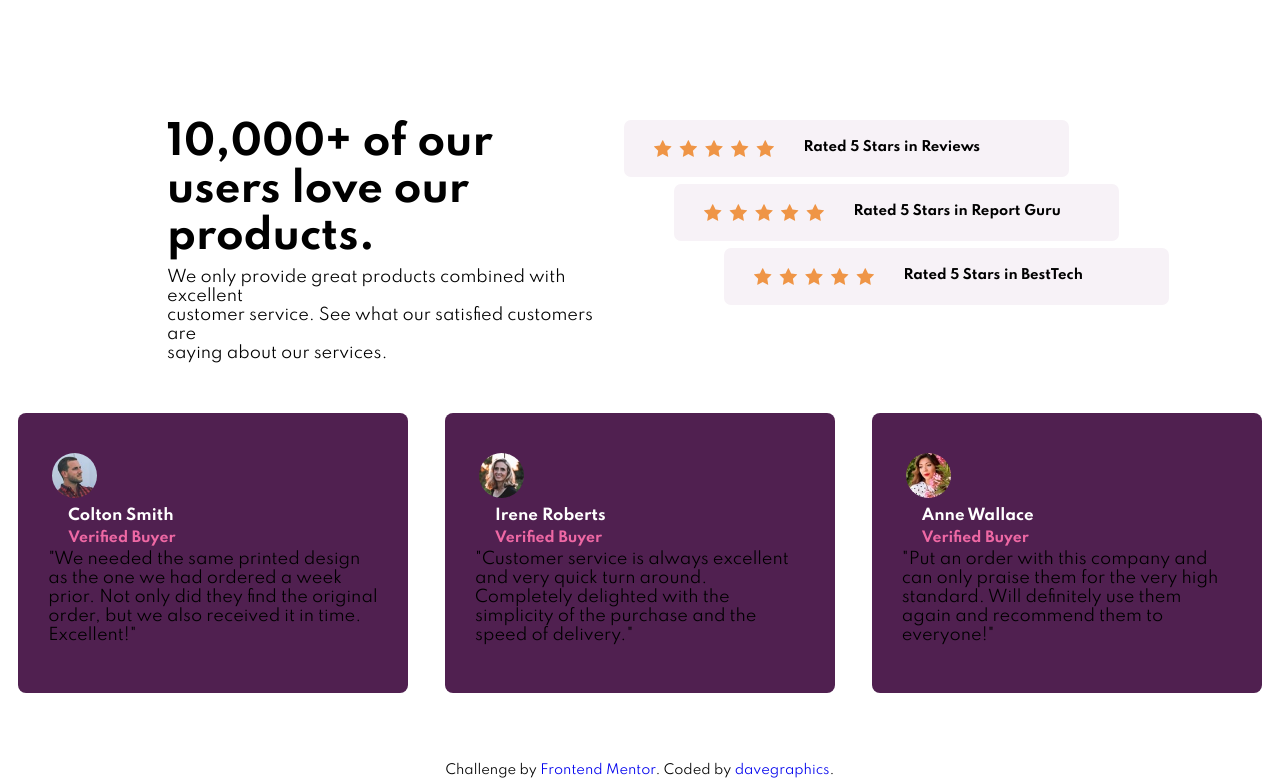
Repository: DejV44/social-proof-section-master
Page: index.html
The author's editor kept a copy of each file at every save. The page is drawn from the files as they stood at one save, then again after the next save.
The browser window is 1280 px wide. The pictures show the whole page.
The style sheet was rebuilt from its Sass, Less or Tailwind sources for each picture, by a compiler version that may differ from the author's.

Above is the page before, as saved 2021-06-25 21:12:23.

### index.html
<!DOCTYPE html>

<html lang="en">
<head>
    <meta charset="UTF-8">
    <meta http-equiv="X-UA-Compatible" content="IE=edge">
    <meta name="viewport" content="width=device-width, initial-scale=1.0">
    <link rel="stylesheet" href="../css/main.css">
    <title>social-proof-section-master</title>
</head>
<body>
    <section class="main">
        <div class="titles">
            <h1 class="title">10,000+ of our <br>users love our <br>products.</h1>
            <p class="item-1">We only provide great products combined with excellent <br>customer service. See what our satisfied customers are <br>saying about our services.</p>
        </div>
        <div class="container">
            <ul>
                <li class="item1">
                    <img src="../img/stars.svg" alt="stars">
                    <h5>Rated 5 Stars in Reviews</h5>
                </li>
            </ul>

            <ul>
                <li class="item2">
                    <img src="../img/stars.svg" alt="stars">
                    <h5>Rated 5 Stars in Report Guru</h5>
                </li>
            </ul>

            <ul>
                <li class="item3">
                    <img src="../img/stars.svg" alt="stars">
                    <h5>Rated 5 Stars in BestTech</h5>
                </li>
            </ul>
        </div>
    </section>

    <section class="citate">
        <ul>
            <li>
                <div class="identy1">
                    <img src="../img/image-colton.jpg" alt="stars">
                    <div>
                        <h3>Colton Smith</h3>
                        <h4>Verified Buyer</h4>
                    </div>
                </div>
                <blockquote>"We needed the same printed design as the one we had ordered a week prior. Not only did they find the original order, but we also received it in time. Excellent!"</blockquote>
            </li>
        </ul>

        <ul>
            <li>
                <div class="identy2">
                    <img src="../img/image-irene.jpg" alt="stars">
                    <div>
                        <h3>Irene Roberts</h3>
                        <h4>Verified Buyer</h4>
                    </div>
                </div>
                <blockquote>"Customer service is always excellent and very quick turn around. Completely delighted with the simplicity of the purchase and the speed of delivery."</blockquote>
            </li>
        </ul>

        <ul>
            <li>
                <div class="identy3">
                    <img src="../img/image-anne.jpg" alt="stars">
                    <div>
                        <h3>Anne Wallace</h3>
                        <h4>Verified Buyer</h4>
                    </div>
                </div>
                <blockquote>"Put an order with this company and can only praise them for the very high standard. Will definitely use them again and recommend them to everyone!"</blockquote>
            </li>
        </ul>
    </section>
    <div class="attribution">
        Challenge by
        <a href="https://www.frontendmentor.io?ref=challenge" target="_blank"
          >Frontend Mentor</a
        >. Coded by <a href="#">davegraphics</a>.
      </div>

</body>
</html>

### css/main.scss
@import url('https://fonts.googleapis.com/css2?family=Spartan:wght@400;500;700&display=swap');

*{
    margin: 0;
    padding: 0;
    -webkit-font-smoothing: antialiased;
    /*outline: 3px solid rgb(197, 197, 197);*/
}

:root {
    --primary-color: hsl(300, 43%, 22%);
    --soft-pink: hsl(333, 80%, 67%);
    --neutral-color: hsl(303, 10%, 53%);
    --light-color: hsl(300, 24%, 96%);
    --white: hsl(0, 0%, 100%);
}

body {
    margin: 0;
    padding: 0;
    //background: var(--white);
    font-family: 'Spartan', sans-serif;

    .main {
        margin: 120px auto 0 167px;
        max-width: 1440px;
        max-height: 400px;
        display: grid;
        grid-template-columns: 1fr 1fr;

        .titles {
            margin-right: 20%;

            .title {
                font-size: 40px;
                padding-bottom: 7px;
            }
        }

        .container {


            ul {

                li {
                    display: grid;
                    grid-template-columns: 180px 260px;
                    list-style: none;
                    text-align: left;
                    border-radius: 7px;
                    background: var(--light-color);
                    max-width: 445px;

                }
                 .item1 {
                     margin-left: -100px;
                     margin-bottom: 7px;
                 }

                 .item2 {
                     margin-left: -50px;
                     margin-bottom: 7px;
                 }

                img {
                    width: 120px;
                    height: 17px;
                    grid-column: 1/2;
                    padding: 20px 0 20px 30px;
                }

                h5 {
                    grid-column: 2/2;
                    width: 260px;
                    padding: 20px 0;

                }
            }
        }
    }

    .citate {
        display: grid;
        grid-template-columns: 1fr 1fr 1fr;
        margin: 50px auto;



        ul {

            padding: 30px;

            background: var(--primary-color);
            border-radius: .5em;
            width: 330px;
            height: 220px;
            margin: 0px auto 20px auto;

            li {
                list-style: none;

                h3 {
                        color: var(--white);
                        margin: .5em 0 .2em 0;
                        padding-left: 20px;
                        font-size: 15px;

                    }

                    h4 {
                        color: var(--soft-pink);
                        margin: .4em 0 .2em 0;
                        padding-left: 20px;
                        font-size: 14px;

                    }

                .identy1 {
                    grid-column: 1/3;

                    img {
                        margin-top: 6px;
                        border-radius: 5em;
                        width: 45px;
                        height: 45px;
                        position: relative;
                        top: 4px;
                        left: 4px;
                    }

                }

                .identy2 {
                    grid-column: 2/3;

                    img {
                        margin-top: 6px;
                        border-radius: 5em;
                        width: 45px;
                        height: 45px;
                        position: relative;
                        top: 4px;
                        left: 4px;

                    }


                }

                .identy3 {
                    grid-column: 3/3;

                    img {
                        margin-top: 6px;
                        border-radius: 5em;
                        width: 45px;
                        height: 45px;
                        position: relative;
                        top: 4px;
                        left: 4px;
                    }


                }
            }

        }
    }

    .attribution {
        text-align: center;
        font-size: 13px;
        padding-bottom: 5px;

        a {
            text-decoration: none;
            font-size: 13px;

        }
    }


}

After the next save:
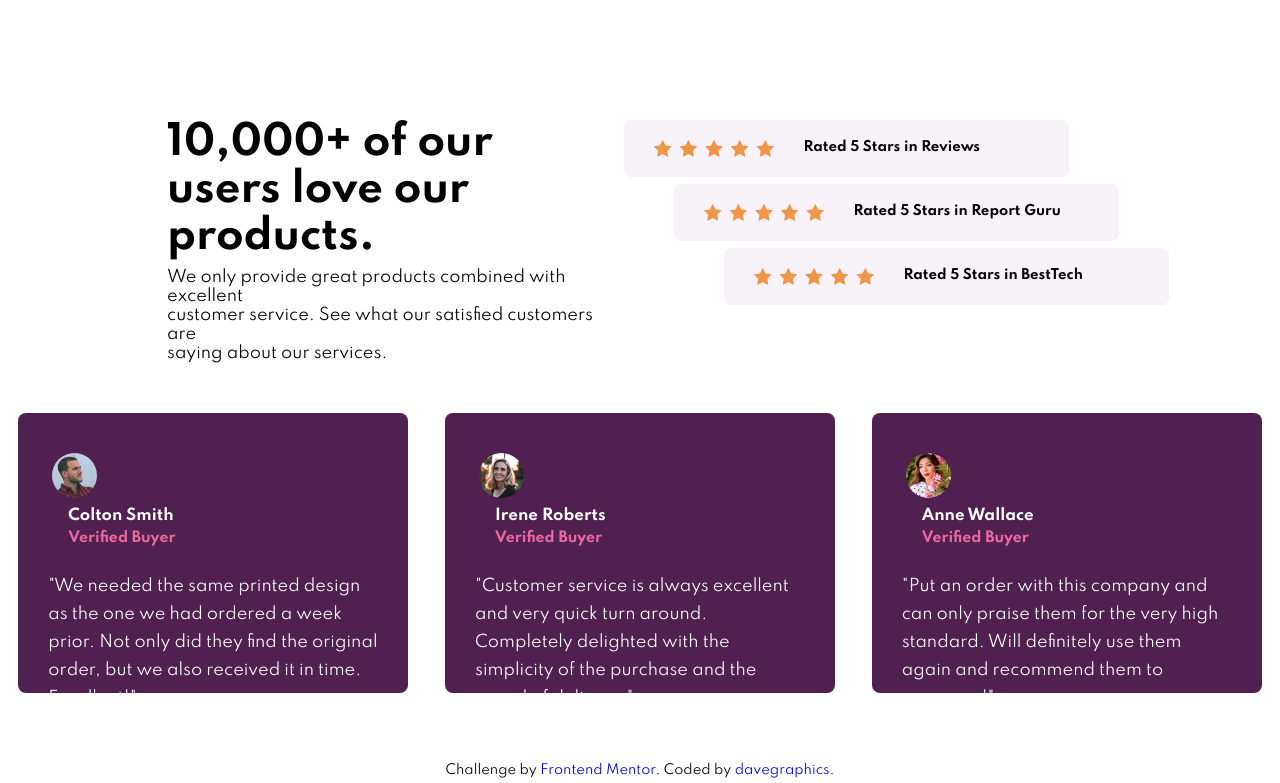
Saved 23 s later.
--- a/css/main.scss
+++ b/css/main.scss
@@ -96,6 +96,13 @@ body {
             height: 220px;
             margin: 0px auto 20px auto;
 
+            blockquote {
+                    color: var(--white);
+                    margin-top: 25px;
+                    line-height: 28px;
+                    text-align: left;
+                }
+
             li {
                 list-style: none;
 
